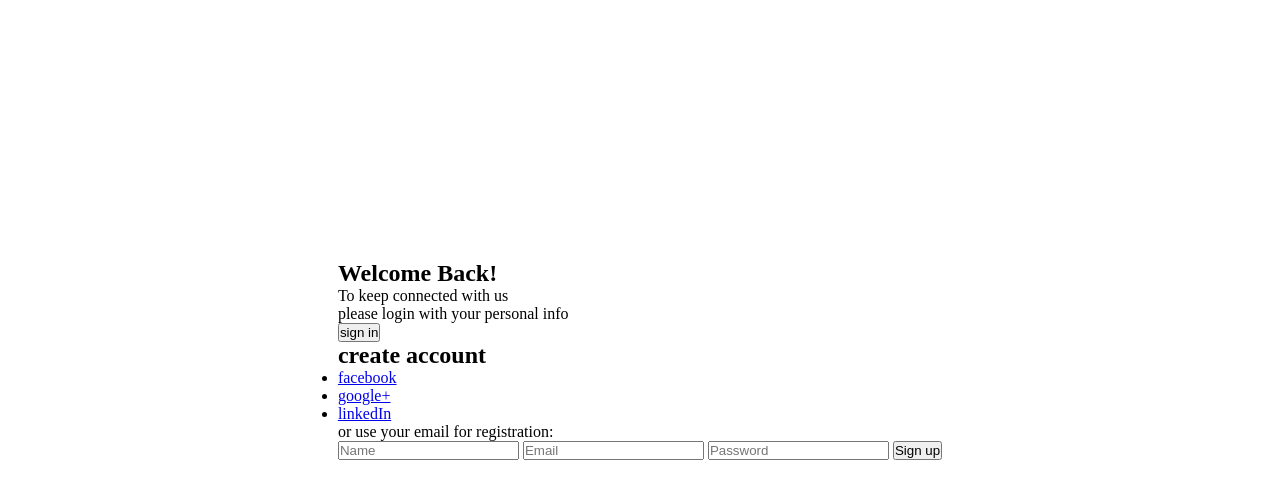
Repository: Gcodeco/ii9Telecom
Page: dist/public/login.html
An editor plug-in stored every save of this project. The page is shown before and after the next save, followed by the edit.
The browser window is 1280 px wide. The pictures show the whole page.

Above is the page before, as saved 2024-10-29 22:02:35.

After the next save:
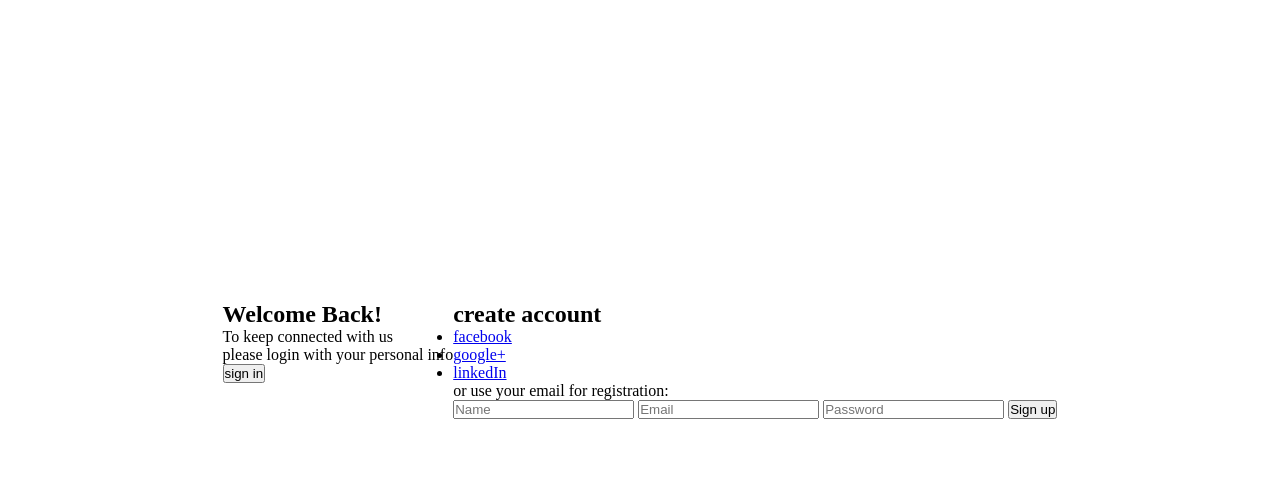
Saved 94 s later.
--- a/dist/public/css/style.css
+++ b/dist/public/css/style.css
@@ -11,6 +11,11 @@
     align-items: center;
     height: 100vh;
 }
+
+
+.first-content{
+    display: flex;
+}
 .second-content{
     position: absolute;
     display: none;
